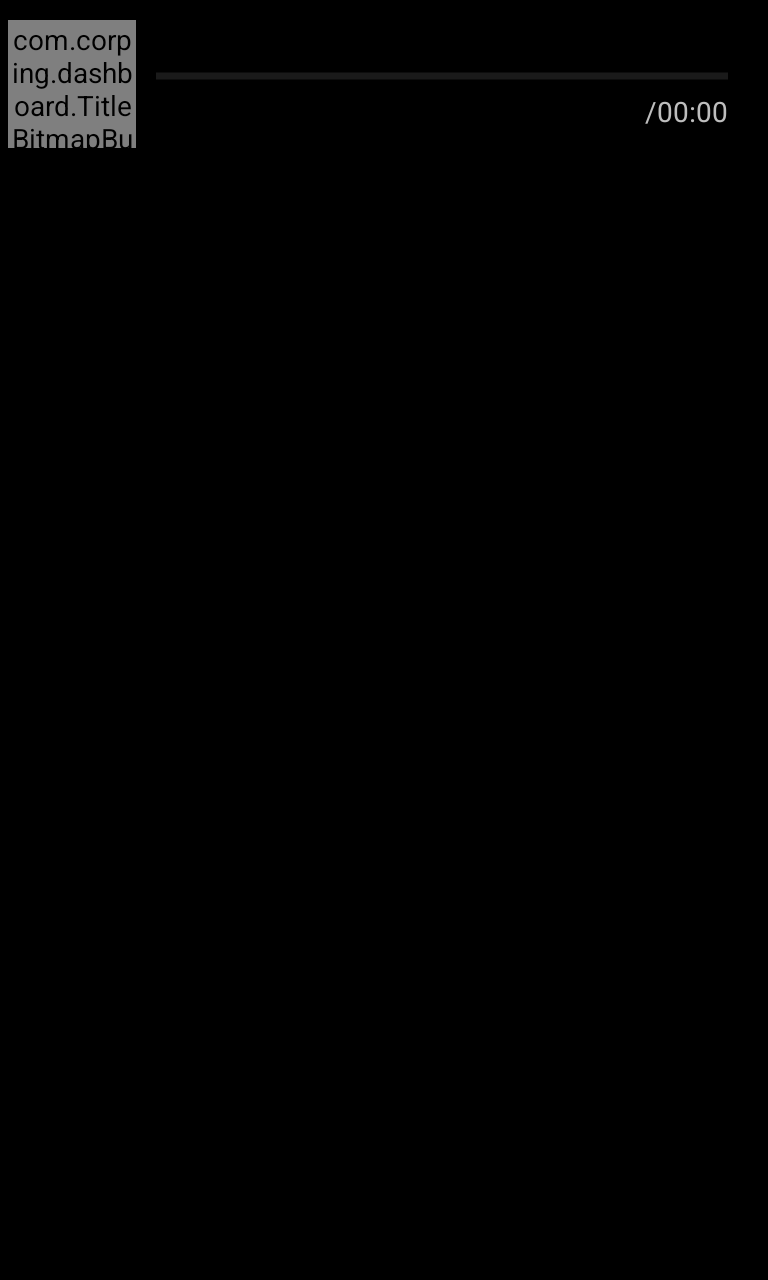
Repository: Minsu-Daniel-Kim/tipinboard1.0
Layout: TipinBoard1.0/res/layout/voice_playing_activity.xml
These files come from the project's save history. The layout is drawn as it stood at one moment and after the next save; the edit follows.
Pictures or frames that could not be fetched are drawn as grey boxes. It is drawn on a 768 x 1280 px phone screen (xhdpi) without system bars, with theme android:Theme.Holo; the app's code is not run.

Above is the layout before, as saved 2013-04-15 14:56:46.

After the next save:
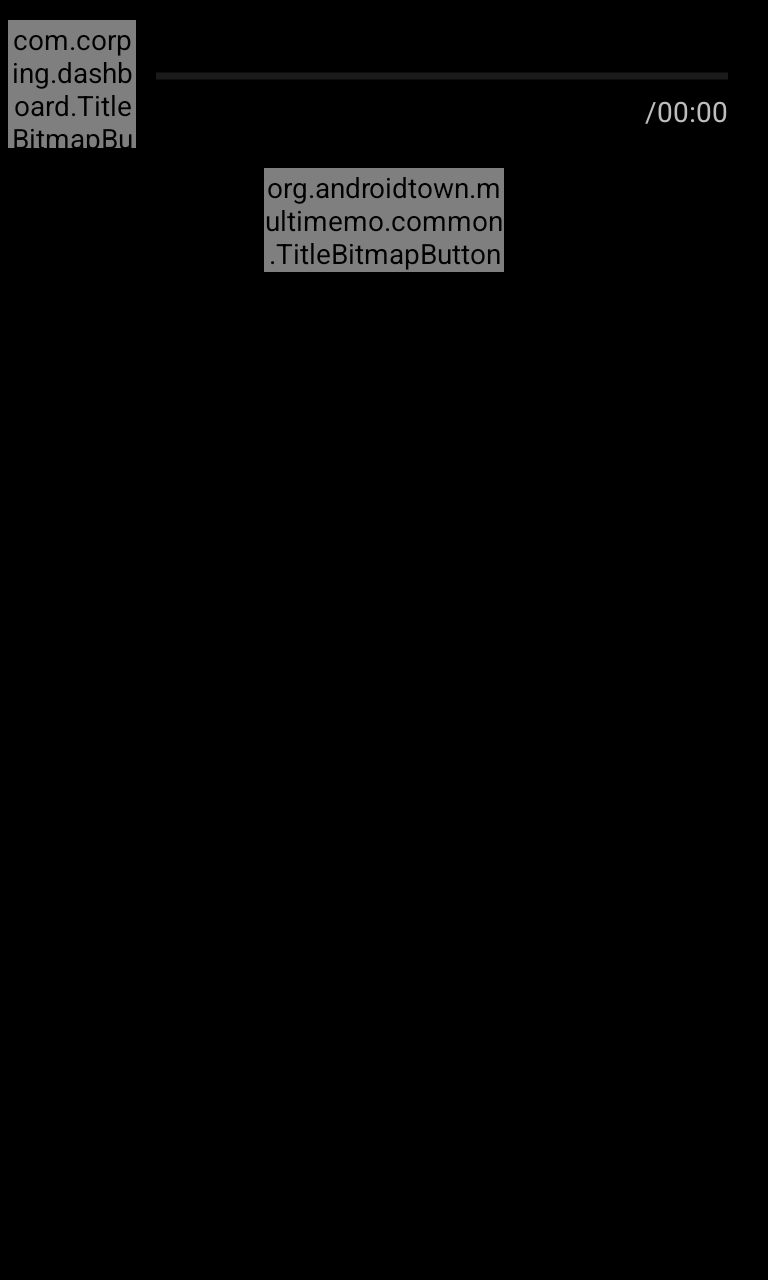
Saved 19 s later.
--- a/TipinBoard1.0/res/layout/voice_playing_activity.xml
+++ b/TipinBoard1.0/res/layout/voice_playing_activity.xml
@@ -61,13 +61,11 @@
 		android:layout_width="fill_parent"
 		android:layout_height="wrap_content"
 		>
-
-        <!-- <com.corping.dashboard.TitleBitmapButton -->
-        <!-- android:id="@+id/playing_closeBtn" -->
-        <!-- android:layout_width="120dp" -->
-        <!-- android:layout_height="wrap_content" -->
-        <!-- android:layout_centerInParent="true" -->
-        <!-- /> -->
-
+	<org.androidtown.multimemo.common.TitleBitmapButton
+			android:id="@+id/playing_closeBtn"
+			android:layout_width="120dp"
+			android:layout_height="wrap_content"
+			android:layout_centerInParent="true"
+			/>
 	</RelativeLayout>
 </LinearLayout>
